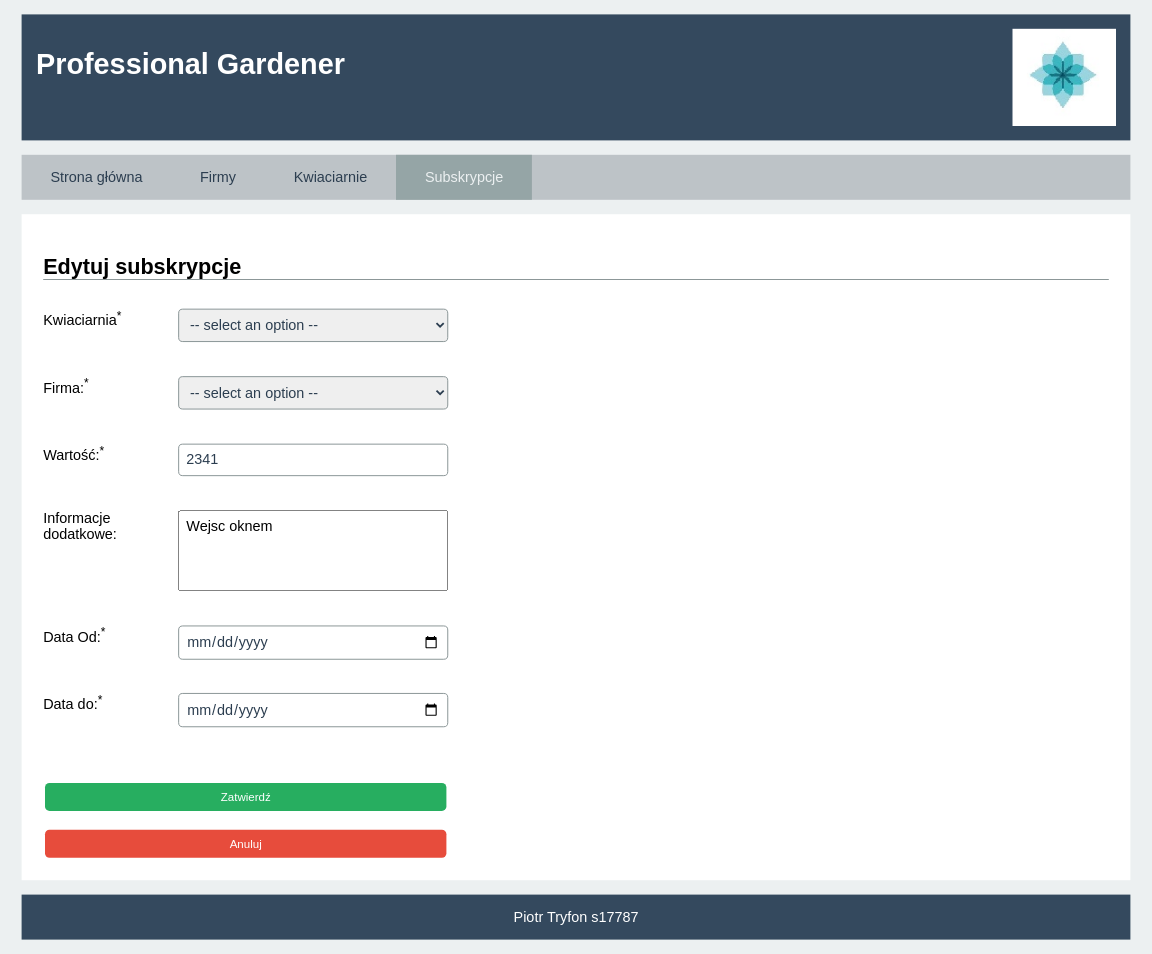
Repository: s17787/TIN
Page: tin_zaoczne_12_s17787_html-css/pages/subscription-edit.html
An editor plug-in stored every save of this project. The page is shown before and after the next save, followed by the edit.
The browser window is 1280 px wide. The pictures show the whole page, at 90% of full size.

Above is the page before, as saved 2021-01-06 14:47:07.

### tin_zaoczne_12_s17787_html-css/pages/subscription-edit.html
<!DOCTYPE html>
<html lang="pl-PL">
<head>
    <meta charset="UTF-8">
    <meta name="viewport" content="width=device-width, initial-scale=1.0">
    <title>Professional Gardener</title>
    <link rel="stylesheet" href="../css/style.css" type="text/css"/>
    <script type="application/javascript" src="../js/validationCommon.js"></script>
    <script type="application/javascript" src="js/validationEmpForm.js"></script>
</head>
<body>
    <header>
        <h1>Professional Gardener</h1>
        <img src="../images/logo.jpg" alt="Professional Gardener">
    </header>
    <nav>
        <ul>
            <li><a href="../index.html" >Strona główna</a></li>
            <li><a href="client-list.html">Firmy</a></li>
            <li><a href="florist-list.html" >Kwiaciarnie</a></li>
            <li><a href="subscription-list.html" class="active">Subskrypcje</a></li>
        </ul>
    </nav>
    <main>
        <h2>Edytuj subskrypcje</h2>
        <form class="form">
            <!--<div class="form-group">-->
                <label for="florist_Name">Kwiaciarnia<sup>*</sup></label>
                <select id="florist_Name" name="florist_Name">
                    <option disabled selected value> -- select an option -- </option>
                    <option value="wilenska">Wileńska</option>
                    <option value="poludniowa">Południowa</option>
                    <option value="polnocna">Północna</option>
                  </select>
                  <span id="errorName" class="errors-text"></span>
            <!--</div>-->
            <!--<div class="form-group">-->
                <label for="client_Name">Firma:<sup>*</sup></label>
                <select id="client_Name" name="client_Name">
                    <option disabled selected value> -- select an option -- </option>
                    <option value="sony">Sony</option>
                    <option value="walmart">Walmart</option>
                    <option value="amazon">Amazon</option>
                  </select>
                  <span id="errorName" class="errors-text"></span>
            <!--</div>-->
            <!--<div class="form-group">-->
                <label for="value">Wartość:<sup>*</sup></label>
                <input type="text" name="value" id="value" value="2341"/>
                <span id="errorValue" class="errors-text"></span>
            <!--</div>-->
            <!--<div class="form-group">-->
                <label for="Informacje">Informacje dodatkowe:</label>
                <textarea type="text" name="Informacje" id="Informacje" rows="4" cols="10" style="resize: none;">Wejsc oknem</textarea>
                <span id="errorInformation" class="errors-text"></span>
            <!--</div>-->
            <!--<div class="form-group">-->
                <label for="date_From">Data Od:<sup>*</sup></label>
                <input type="date" name="date_From" id="date_From"/>
                <span id="errorDateFrom" class="errors-text"></span>
            <!--</div>-->
            <!--<div class="form-group">-->
                <label for="date_To">Data do:<sup>*</sup></label>
                <input type="date" name="date_To" id="date_To"/>
                <span id="errorDateTo" class="errors-text"></span>
            <!--</div>-->
            <!--<div class="form-group">-->
                <p id="errorsSummary" class="errors-text"></p>
                <p><a href="subscription-list.html" class="form-button-submit" >Zatwierdź</a></p>
                <p><a href="subscription-list.html" class="form-button-cancel" >Anuluj</a></p>
            <!--</div>-->
        </form>
    </main>
    <footer>
        Piotr Tryfon s17787
    </footer>
</body>
</html>

### tin_zaoczne_12_s17787_html-css/css/style.css
html {
    background-color: #ecf0f1;
    font-family: sans-serif;
}

body {
    min-width: 360px;
  }

header,
main,
footer {
    background-color: white;
}

header,
main,
footer,
nav {
    margin: 1rem;
}

header,
footer {
    background-color: #34495e;
    color: white;
    padding: 1rem;
}

header {
    display: flex;
    justify-content: space-between;
}

nav {
    background-color: #bdc3c7;
}

nav ul {
    display: flex;
    padding: 0;
    list-style-type: none;
}

nav ul li a {
    display: inline-block;
    color: #2c3e50;
    padding: 1rem 2rem;
    text-decoration: none;
}

nav ul li a:hover {
    background-color: #d35400;
    color: #ecf0f1;
}

nav ul li a.active {
    background-color: #95a5a6;
    color: #ecf0f1;
}

main {
    padding: 1.5rem;
}

footer {
    text-align: center;
}

main h2 {
    border-bottom: 1px solid #7f8c8d;
    margin-bottom: 2rem;
}

.table-list {
    border-collapse: collapse;
    color:#2c3e50;
    width: 100%;
}

.table-list,
.table-list th,
.table-list td {
    border: 1px solid #bdc3c7;
}

.table-list th,
.table-list td {
    padding: 0.5rem;
}

.table-list th,
.table-list tbody tr:nth-child(even) {
    background-color: #ecf0f1;
}

.list-actions {
    margin: 0;
    text-align: center;
    list-style-type: none;
    padding: 0;
}

.list-actions li {
    display: inline-block;
    margin: 0.2em;
}

.list-actions-button-details,
.list-actions-button-edit,
.list-actions-button-delete {
    display: inline-block;
    width: 75px;
    padding: 0.25rem 0.5rem;
}

.list-actions-button-details,
.list-actions-button-edit,
.list-actions-button-delete,
.button-add,
.form-button-submit,
.form-button-cancel {
    border: none;
    border-radius: 5px;
    color: white;
    text-decoration: none;
    text-align: center;
    font-size: 0.8rem;
}

.list-actions-button-details,
.list-actions-button-edit {
    margin-right: 1rem;
}

.list-actions-button-details {
    background-color: #2980b9;
}
.list-actions-button-details:hover {
    background-color: #3498db;
}

.list-actions-button-edit {
    background-color: #f39c12;
}

.list-actions-button-edit:hover {
    background-color: #f1c40f;
}

.form-button-cancel,
.list-actions-button-delete {
    background-color: #c0392b;
}

.form-button-cancel,
.list-actions-button-delete:hover {
    background-color: #e74c3c;
}

.button-add,
.form-button-submit,
.form-button-cancel {
    padding: 0.5rem 1rem;
}

.button-add,
.form-button-submit {
    background-color: #27ae60;
}

.button-add:hover,
.form-button-submit:hover {
    background-color: #2ecc71;
}

button,
input,
select,
textarea {
    font-family: inherit;
    font-size: 100%;
    box-sizing: border-box;
    padding: 0; margin: 0;
}

textarea {
    overflow: auto;
}

.form {
    display: grid;
    grid-template-columns: 150px 300px;
    row-gap: 1rem;
}

.form select,
.form input[type="text"],
.form input[type="number"],
.form input[type="date"],
.form input[type="email"] {
    border: 1px solid #7f8c8d;
    color:#2c3e50;
    border-radius: 5px;
    padding: 0.5rem;
    width: 100%;
}

.form label {
    display: block;
    margin-bottom: 0.5em;
}

.form-group {
    margin-bottom: 1rem;
}

abbr[title='required'] {
    color: #c0392b;
}

.form p {
    grid-column-start: 1;
    grid-column-end: -1;
    margin: 0.1em;
}

.form textarea{
    padding: 0.5rem;
}

.form span {
    grid-column-start: -2;
    grid-column-end: -1;
    margin: 0.1em;
}

.form-button-submit,
.form-button-cancel {
    width: 100%;
}

.form-button-submit,
.form-button-cancel {
    box-sizing: border-box;
    display: block;
}

.form-button-submit {
    margin-bottom: 0.1rem;
}

@media all and (max-width:720px) {
    header {
        flex-direction: column;
    }

    header h1 {
        text-align: center;
    }

    header img {
        align-self: center;
    }
}

@media all and (max-width: 400px) {
    body,
    nav,
    nav ul,
    header,
    main,
    footer {
        margin: 0;
    }
}

@media all and (max-width:720px) {
    nav ul {
        flex-wrap: wrap;
    }

    nav ul li {
        flex-basis: 50%;
        text-align: center;
    }

    nav ul li a {
        display: block;
    }
}

@media all and (max-width: 400px) {
    nav ul li {
        flex-basis: 100%;
    }
}

@media all and (max-width: 720px) {
    .form {
        grid-template-columns: 1fr;
        row-gap:unset;
        margin-left: unset;
        row-gap: 0.3rem;
    }

    .form input[type="text"],
    .form input[type="number"],
    .form input[type="date"],
    .form select {
        margin-bottom: 1rem;
    }
}

.errors-text {
    font-size: 0.85em;
    line-height: 2.25rem;
    padding: 0.1rem;
  }

.form input.error-input,
.form textarea.error-input,
.form select.error-input {
    border: 3px solid #e74c3c
}

### tin_zaoczne_12_s17787_html-css/js/validationCommon.js
function resetErrors(inputs, errorTexts, errorInfo) {
    for (let i = 0; i < inputs.length; i++) {
        inputs[i].classList.remove("error-input");
    }
    for (let i = 0; i < errorTexts.length; i++) {
        errorTexts[i].innerText = "";
    }
    errorInfo.innerText = "";
}

function checkRequired(value) {
    if (!value) {
        return false;
    }
    value = value.toString().trim();
    if (value === "") {
        return false;
    }
    return true;
}

function checkTextLengthRange(value, min, max) {
    if (!value) {
        return false;
    }
    value = value.toString().trim();
    const length = value.length;
    if (max && length > max) {
        return false;
    }
    if (min && length < min) {
        return false;
    }
    return true;
}

function checkEmail(value) {
    if (!value) {
        return false;
    }
    value = value.toString().trim();
    const re = /^(([^<>()\[\]\.,;:\s@\"]+(\.[^<>()\[\]\.,;:\s@\"]+)*)|(\".+\"))@(([^<>()[\]\.,;:\s@\"]+\.)+[^<>()[\]\.,;:\s@\"]{2,})$/i;
    return re.test(value);
}

function checkNumber(value) {
    if (!value) {
        return false;
    }
    if (isNaN(value)) {
        return false;
    }
    return true;
}

function checkNumberRange(value, min, max) {
    if (!value) {
        return false;
    }
    if (isNaN(value)) {
        return false;
    }
    value = parseFloat(value);
    if (value < min) {
        return false;
    }
    if (value > max) {
        return false;
    }
    return true;
}

function checkDate(value) {
    if (!value) {
        return false;
    }
    const pattern = /(\d{4})-(\d{2})-(\d{2})/;
    return pattern.test(value);
}

function checkDateIfAfter(value, compareTo) {
    if (!value) {
        return false;
    }
    if (!compareTo) {
        return false;
    }
    const pattern = /(\d{4})-(\d{2})-(\d{2})/;
    if (!pattern.test(value)) {
        return false;
    }
    if (!pattern.test(compareTo)) {
        return false;
    }
    const valueDate = new Date(value);
    const compareToDate = new Date(compareTo);
    if (valueDate.getTime() < compareToDate.getTime()) {
        return false;
    }
    return true;
}

### tin_zaoczne_12_s17787_html-css/js/validationEmpForm.js
function validateForm() {
    const nameInput = document.getElementById('Name');
    const adresInput = document.getElementById('Adres');
    const emailInput = document.getElementById('email');
    console.log('addend2:');
    const errorName = document.getElementById('errorName');
    const errorAdres = document.getElementById('errorAdres');
    const errorEmail = document.getElementById('errorEmail');
    const errorsSummary = document.getElementById('errorsSummary');

    let valid = true;

    resetErrors([nameInput, adresInput, emailInput], [errorName, errorAdres, errorEmail], errorsSummary);

    if (!checkRequired(nameInput.value)) {
        valid = false;
        nameInput.classList.add("error-input");
        errorName.innerText = "Pole jest wymagane";
    } else if (!checkTextLengthRange(nameInput.value, 2, 60)) {
        valid = false;
        nameInput.classList.add("error-input");
        errorName.innerText = "Pole powinno zawierać od 2 do 60 znaków";
    }

    if (!checkRequired(adresInput.value)) {
        valid = false;
        adresInput.classList.add("error-input");
        errorAdres.innerText = "Pole jest wymagane";
    } else if (!checkTextLengthRange(adresInput.value, 5, 100)) {
        valid = false;
        adresInput.classList.add("error-input");
        errorAdres.innerText = "Pole powinno zawierać od 5 do 100 znaków";
    }

    if (!checkRequired(emailInput.value)) {
        valid = false;
        emailInput.classList.add("error-input");
        errorEmail.innerText = "Pole jest wymagane";
    } else if (!checkTextLengthRange(emailInput.value, 5, 60)) {
        valid = false;
        emailInput.classList.add("error-input");
        errorEmail.innerText = "Pole powinno zawierać od 5 do 60 znaków";
    } else if (!checkEmail(emailInput.value)) {
        valid = false;
        emailInput.classList.add("error-input");
        errorEmail.innerText = "Pole powinno zawierać prawidłowy adres email";
    }

    function resetErrors(inputs, errorTexts, errorInfo) {
        for(let i=0; i<inputs.length; i++) {
            inputs[i].classList.remove("error-input");
        }
        for(let i=0; i<errorTexts.length; i++) {
            errorTexts[i].innerText = "";
        }
        errorInfo.innerText = "";
    }

    if (!valid) {
        errorsSummary.innerText = "Formularz zawiera błędy";
    }

    return valid;
}

After the next save:
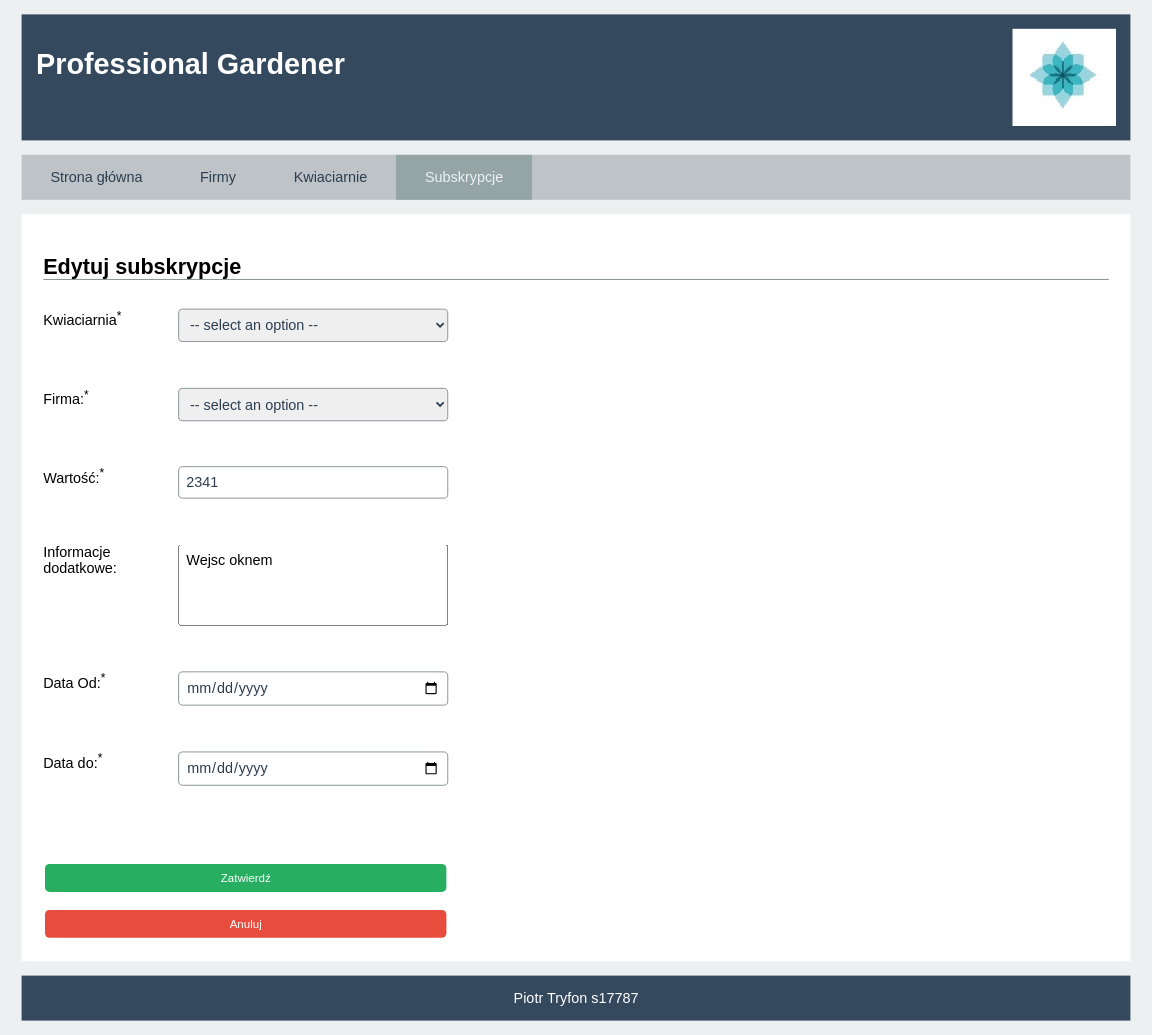
Saved 10 s later.
--- a/tin_zaoczne_12_s17787_html-css/css/style.css
+++ b/tin_zaoczne_12_s17787_html-css/css/style.css
@@ -315,7 +315,7 @@
 .errors-text {
     font-size: 0.85em;
     line-height: 2.25rem;
-    padding: 0.1rem;
+    padding: 0.5rem;
   }
 
 .form input.error-input,

After the save that followed:
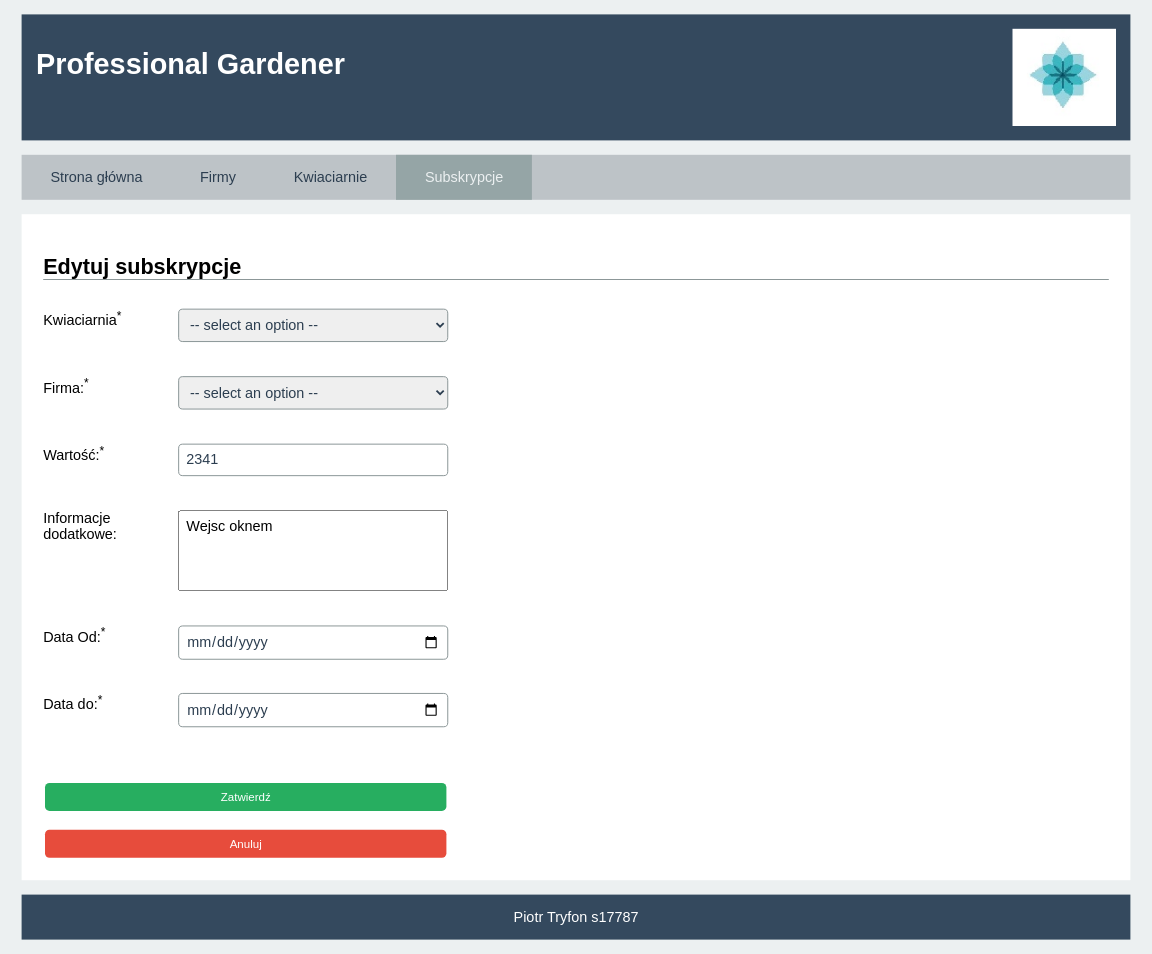
Saved 6 s later.
--- a/tin_zaoczne_12_s17787_html-css/css/style.css
+++ b/tin_zaoczne_12_s17787_html-css/css/style.css
@@ -315,7 +315,7 @@
 .errors-text {
     font-size: 0.85em;
     line-height: 2.25rem;
-    padding: 0.5rem;
+    padding: 0.1rem;
   }
 
 .form input.error-input,
